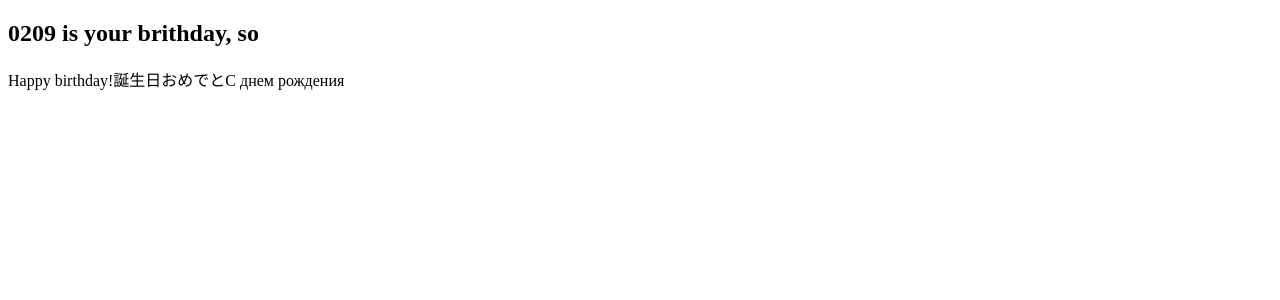
Repository: Caococos/02-09
Page: /
These files come from the project's save history. The page is drawn as it stood at one moment and after the next save; the edit follows.
The browser window is 1280 px wide. The pictures show the whole page.
The project was rebuilt for these pictures with package versions that can differ from the ones it lists, and the page was loaded fresh each time. Also part of the build but not shown: vue.config.js.

Above is the page before, as saved 2021-06-11 21:44:01.

### src/App.vue
<!--
 * @Descripttion:
 * @version: 1.0
 * @Author: Zhihaot1
 * @Date: 2021-06-11 21:03:51
 * @LastEditors: Zhihaot1
 * @LastEditTime: 2021-06-11 21:30:25
-->
<template>
  <div id="app">
    <router-view />
  </div>
</template>

<style>
</style>

### src/router/index.js
/*
 * @Descripttion:
 * @version: 1.0
 * @Author: Zhihaot1
 * @Date: 2021-06-11 21:03:51
 * @LastEditors: Zhihaot1
 * @LastEditTime: 2021-06-11 21:34:08
 */
import Vue from 'vue'
import VueRouter from 'vue-router'
import Home from 'views/home/Home.vue'

Vue.use(VueRouter)

const routes = [
  {
    path: '',
    redirect: '/home'
  },
  {
    path: '/home',
    name: 'Home',
    component: Home
  },
  // {
  //   path: '/about',
  //   name: 'About',
  //   // route level code-splitting
  //   // this generates a separate chunk (about.[hash].js) for this route
  //   // which is lazy-loaded when the route is visited.
  //   component: () => import(/* webpackChunkName: "about" */ '../views/About.vue')
  // }
]

const router = new VueRouter({
  mode: 'history',
  base: process.env.BASE_URL,
  routes
})

export default router

### src/views/home/Home.vue
<template>
  <div class="home">
    <h2>0209 is your brithday, so</h2>
    <span>Happy birthday!</span>誕生日おめでと<span></span>С днем рождения<span></span><span></span>
  </div>
</template>

<script>

export default {
  name: 'Home'
}
</script>
<style scoped>
</style>

Loaded but not shown: public/index.html (common file); src/main.js (common file)

After the next save:
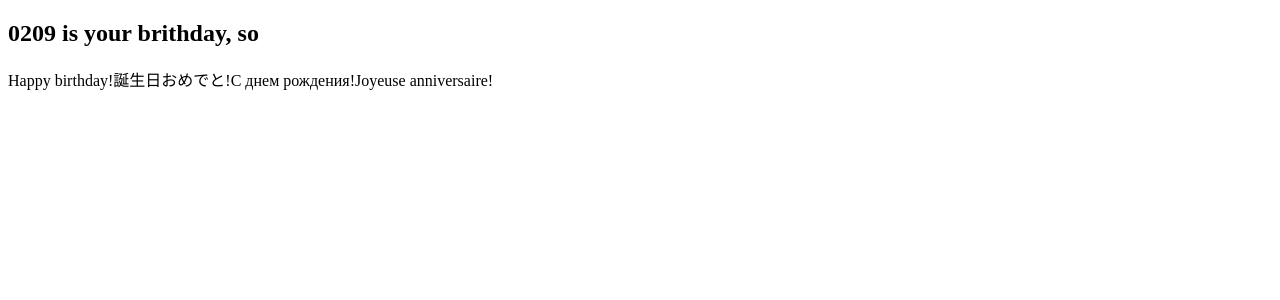
Saved 19 s later.
--- a/src/views/home/Home.vue
+++ b/src/views/home/Home.vue
@@ -1,7 +1,7 @@
 <template>
   <div class="home">
     <h2>0209 is your brithday, so</h2>
-    <span>Happy birthday!</span>誕生日おめでと<span></span>С днем рождения<span></span><span></span>
+    <span>Happy birthday!</span>誕生日おめでと!<span></span>С днем рождения!<span></span><span>Joyeuse anniversaire!</span>
   </div>
 </template>
 
